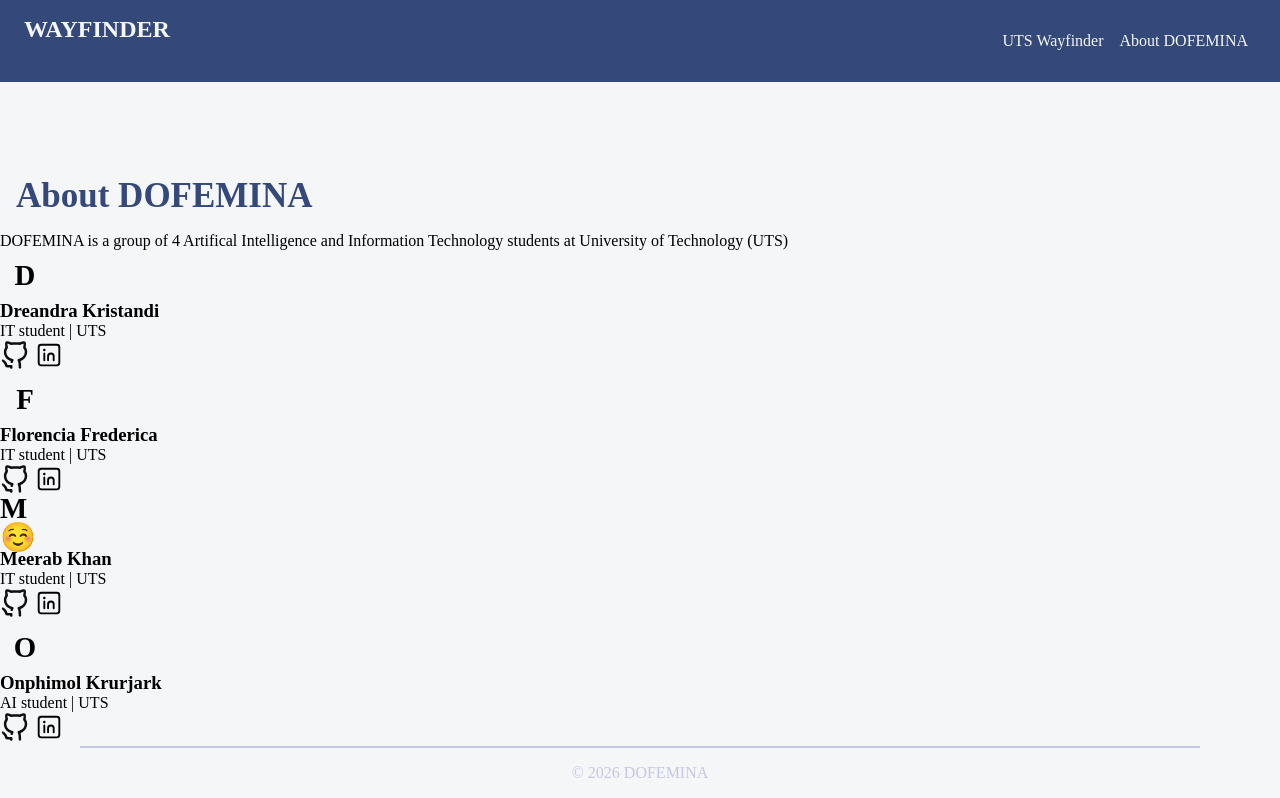
Repository: Meerab-K/uts-wayfinder
Page: html/about.html
These files come from the project's save history. The page is drawn as it stood at one moment and after the next save; the edit follows.
The browser window is 1280 px wide. The pictures show the whole page.
Some web fonts or font styles are not loaded; a fallback is used.

Above is the page before, as saved 2026-10-19 20:31:04.

After the next save:
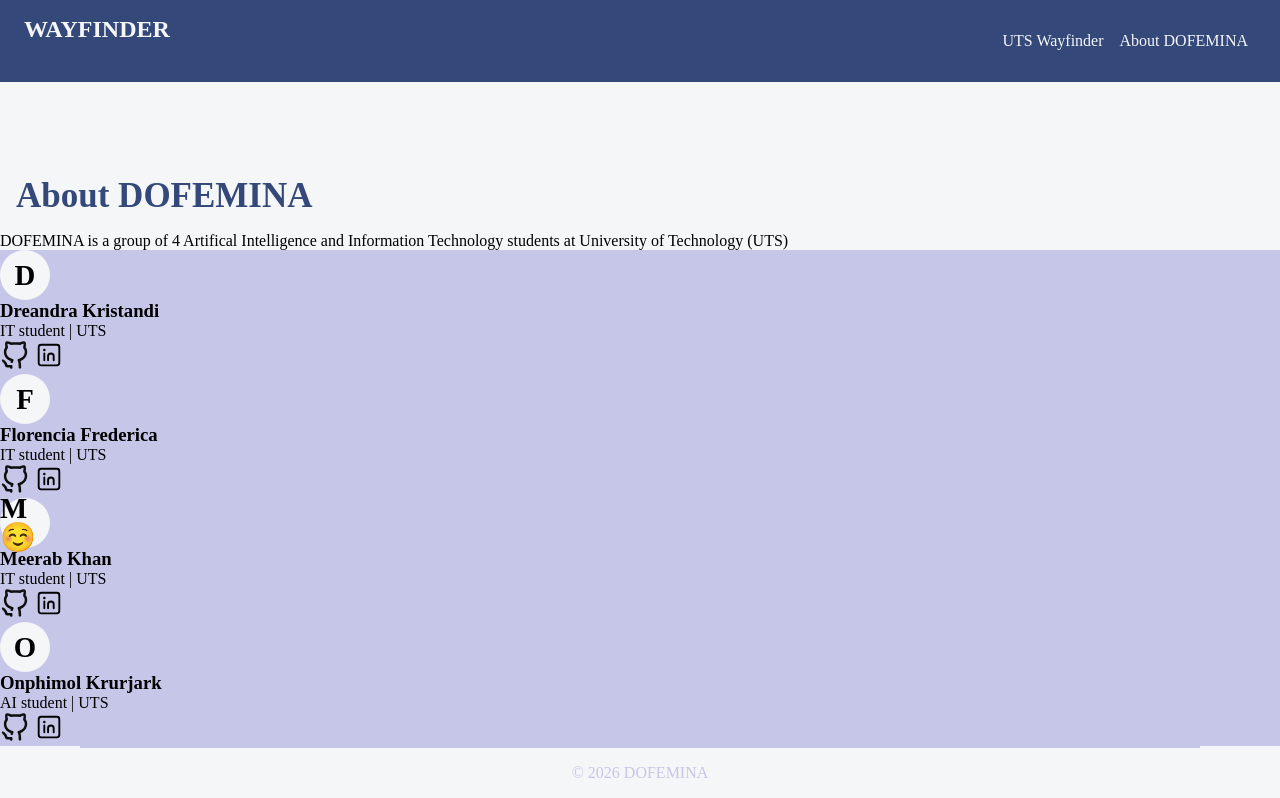
Saved 9 s later.
--- a/css/about.css
+++ b/css/about.css
@@ -1,4 +1,5 @@
 .card-holder {
+    background-color: var(--highlight-purple);
 }
 
 .profile {
